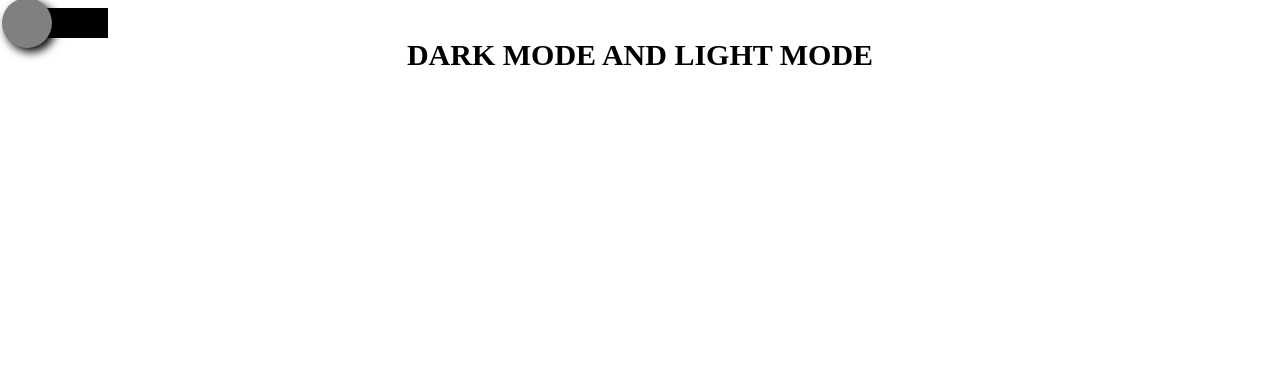
Repository: Eugene44-hub/darkmode-lightmode
Page: index.html
An editor plug-in stored every save of this project. The page is shown before and after the next save, followed by the edit.
The browser window is 1280 px wide. The pictures show the whole page.

Above is the page before, as saved 2021-09-13 01:51:14.

After the next save:
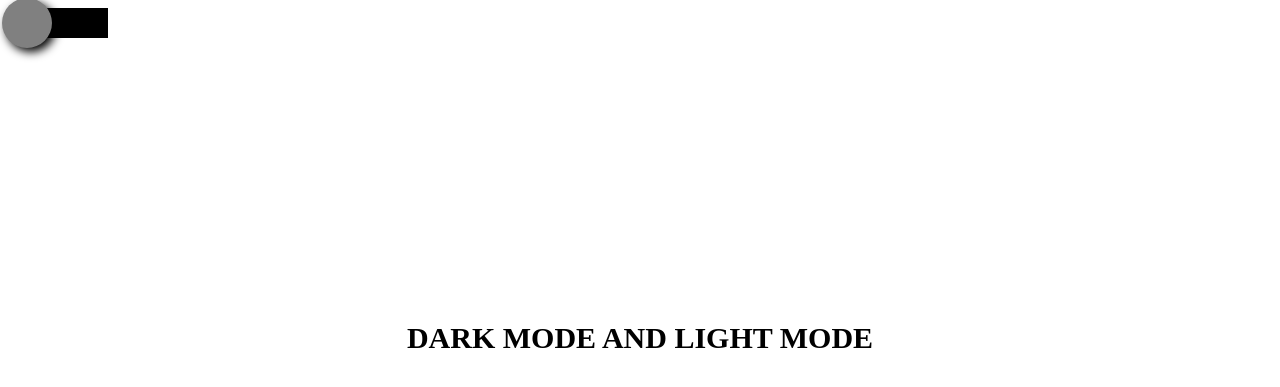
Saved 4 s later.
--- a/style.css
+++ b/style.css
@@ -21,7 +21,7 @@ p {
 
 .container {
     height: 600px;
-    display
+    display: flex;
 }
 
 .circle {
